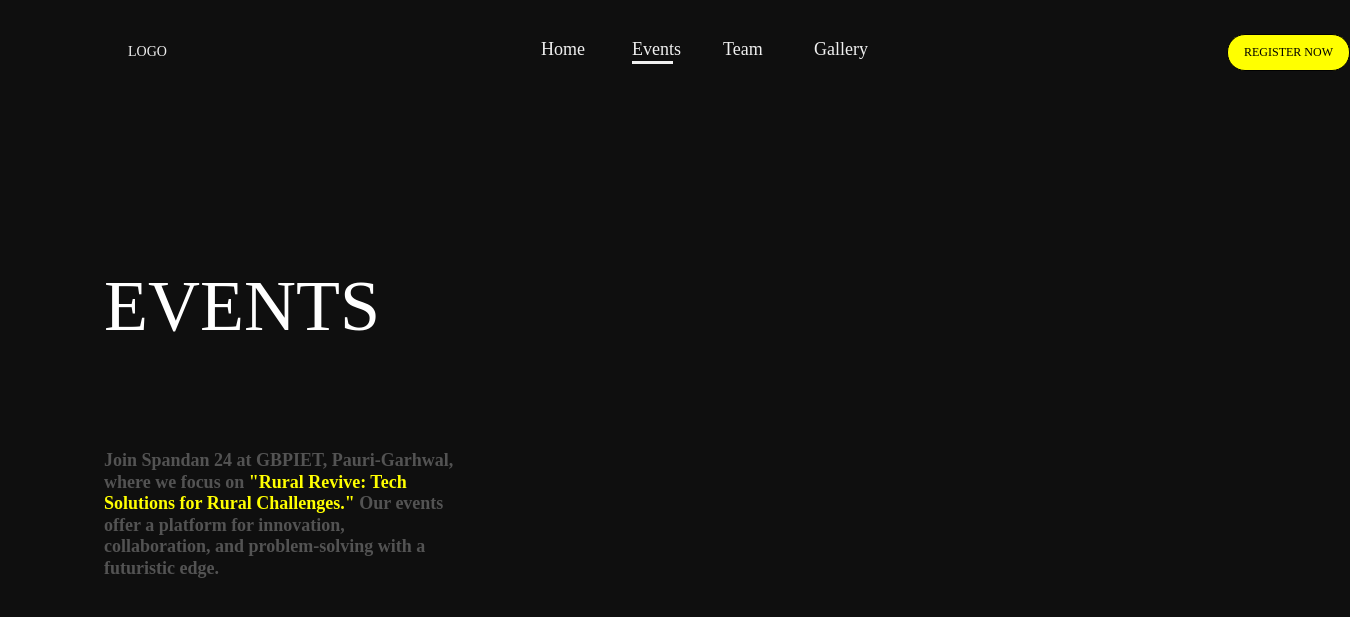
Repository: s4bbi/spandan-3.0
Page: /Events
The author's editor kept a copy of each file at every save. The page is drawn from the files as they stood at one save, then again after the next save.
The browser window is 1280 px wide. The page is 1350 px wide, so the pictures cover 1350 px, including what lies to the right of the window. The pictures show the whole page.
The project was rebuilt for these pictures with package versions that can differ from the ones it lists, and the page was loaded fresh each time. Also part of the build but not shown: vite.config.js, src/pages/Home/Home.jsx.

Above is the page before, as saved 2024-11-02 02:36:56.

### src/App.jsx
import React from 'react'
import Navbar from './components/Navbar/Navbar'
import { Route, Routes } from 'react-router-dom'
import Home from  './pages/Home/Home'
import Events from  './pages/Events/Events'


const App = () => {
  return (
    <div className='app'>
      <Navbar/>
      { <Routes>
        <Route path="/" element={<Home />} />
        <Route path="Events" element={<Events />} />
      </Routes> }
    </div>
  )
}

export default App

### src/components/Navbar/Navbar.jsx
import React, {useState} from 'react'
import './Navbar.css'
// import {assets} from'../../assets/assets'
const Navbar = () => {

  const [menu,setMenu] = useState("Events");
  return (
    <div className='navbar'>
        <h1 className="logo">LOGO</h1>
        <ul className="navbar-menu">
            <li onClick={()=>setMenu("Home")} className={menu=="Home"?"active":""}>Home</li>
            <li onClick={()=>setMenu("Events")} className={menu=="Events"?"active":""}>Events</li>
            <li onClick={()=>setMenu("Team")} className={menu=="Team"?"active":""}>Team</li>
            <li onClick={()=>setMenu("Gallery")} className={menu=="Gallery"?"active":""}>Gallery</li>
        </ul>


        <button>REGISTER NOW</button>
     </div>

  )
}

export default Navbar

### src/pages/Events/Events.jsx
import React from 'react'
import './Events.css'
import HeroSection from '../../components/HeroSection/HeroSection'

const Events = () => {
  return (
    <div>
      <HeroSection/>
    </div>
  )
}

export default Events

### src/components/Navbar/Navbar.css
.navbar{
    width: 1222px;
    height: 37px;
    margin-top: 34px;
    margin-left: 128px;
    border-radius: 20px 0px 0px 0px;
    display: flex;
    justify-content: space-between;
    align-items: center;
}

.logo{
    width: 41px;
    height: 17px;
    font-family: Gilroy-Light;
    font-size: 14px;
    font-weight: 400;
    line-height: 16.8px;
    text-align: left;
    color:#F0F0F0;
   }

.navbar-menu{
    display:flex;
    list-style:none;
    gap:50px;
    color:#F0F0F0;
    ;
   }

.navbar button{
    background:transparent;
    font-size: 12px;
    background-color:#FFFF00;
    font-family: Gilroy-SemiBold;
    border: 1px solid #010101;
    ;
    padding: 10px 16px 10px 16px;
    border-radius: 18px 18px 18px 18px;
    cursor: pointer;}
    /* transition: 0.3s; */
    /* width: Hug (132px)px; */
 /* height: Hug (37px)px;
top: 34px;
left: 1218px;
padding: 10px 16px 10px 16px;
} */

  .navbar button:hover{
    background-color:#FFFFFF;
    color: #e74c3c;
    }

  /* .navbar .active{
    padding-bottom: 3px;
    border-bottom: 3px solid #49557e;
}   */

.navbar .active {
    padding-bottom: 3px;
    border-bottom: 3px solid #F0F0F0;}
.navbar li{
    cursor: pointer;
    width: 41px;
    height: 17px;
    font-family: Gilroy-SemiBold;
    font-size: 18px;
    font-weight: 400;
    line-height: 17.15px;
    text-align: left;
}

### src/components/HeroSection/HeroSection.jsx
import React from 'react'
import "./HeroSection.css";
// import roboticHandImage from "../assets/eventsHand.webp";




const HeroSection = () => {
  return (
    <div>
      <section className="hero">
      <div className="hero-text">
        <h1 className="hero-title">EVENTS</h1>
        <p className="hero-description">
          Join Spandan 24 at GBPIET, Pauri-Garhwal, where we focus on <span className="highlight">"Rural Revive: Tech Solutions for Rural Challenges."</span> Our events offer a platform for innovation, collaboration, and problem-solving with a futuristic edge.
        </p>
      </div>
      {/* <img src={roboticHandImage} alt="Robotic Hand" className="hero-image" /> */}
    </section>
    </div>
  )
}

export default HeroSection

### src/components/HeroSection/HeroSection.css
.hero {
    display: flex;
    align-items: center;
    justify-content: space-between;
    /* padding-top: 50px;
    max-width: 1200px;
    margin: 192px; */
  }

  .hero-text {
    /* width: 50%; */
    color: white;
    padding-left: 104px;
  }

  .hero-title {
    width: 339px;
    height: 87px;
    padding-top: 192px;
    font-family: Mooner;
    font-size: 72px;
    font-weight: 400;
    line-height: 87.19px;
   }

  .hero-description {
    width: 350px;
    height: 110px;
    padding-top: 100px;
    font-family: Exo 2;
    font-size: 18px;
    font-weight: 600;
    line-height: 21.6px;
    color: #ccc;
    color: #535353;

  }

  .highlight {
    color:#FFFF00;
    font-weight: bold;
  }

  .hero-image {
    width: 45%;
    max-width: 500px;
    height: auto;
  }

### public/style.css
*{
    margin:0px;
    padding:0px;
}

body{
    background-color: #0f0f0f;
}

Loaded but not shown: index.html (common file); src/main.jsx (common file); src/pages/Events/Events.css (no stored copy; drawn as an empty file)

After the next save:
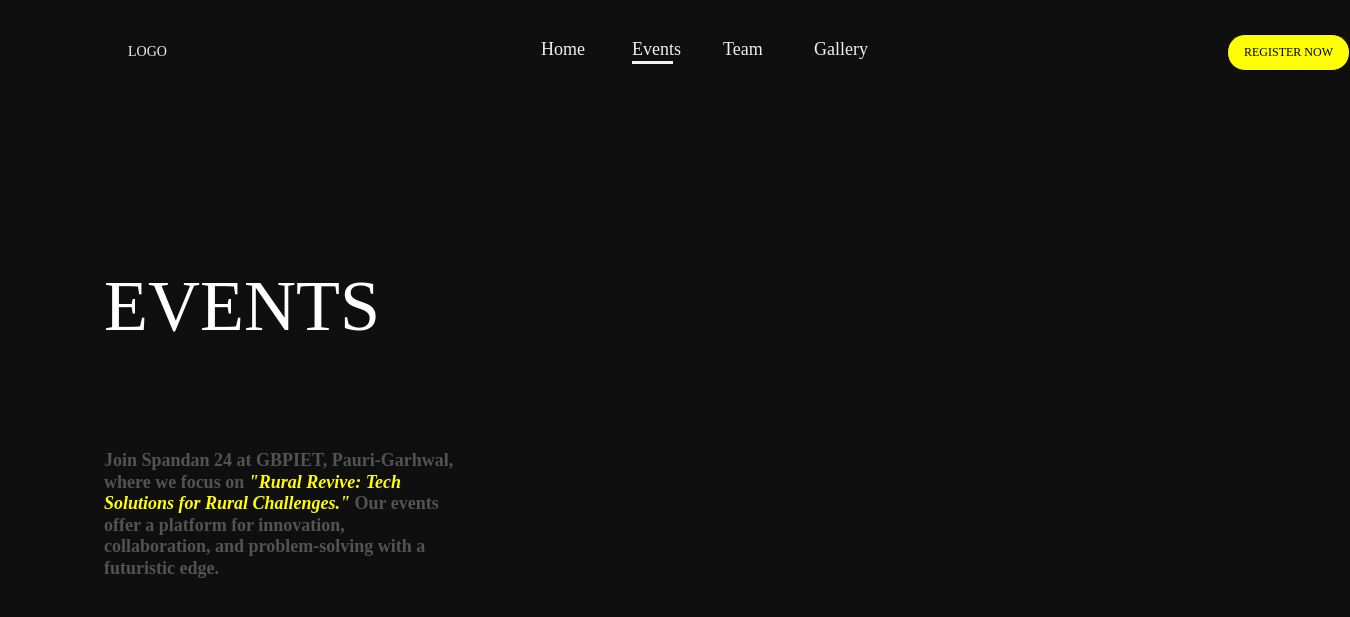
Saved 31 s later.
--- a/src/components/HeroSection/HeroSection.css
+++ b/src/components/HeroSection/HeroSection.css
@@ -39,6 +39,13 @@
   .highlight {
     color:#FFFF00;
     font-weight: bold;
+    font-family: Exo 2;
+font-size: 18px;
+font-style: italic;
+font-weight: 600;
+line-height: 21.6px;
+text-align: left;
+
   }
 
   .hero-image {
